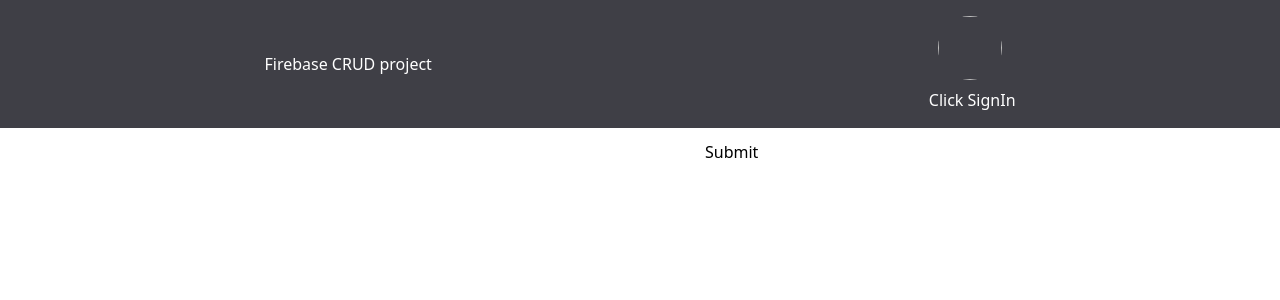
Repository: Semanmernstack/firebase-crud
Page: /
An editor plug-in stored every save of this project. The page is shown before and after the next save, followed by the edit.
The browser window is 1280 px wide. The pictures show the whole page.
The project was rebuilt for these pictures with package versions that can differ from the ones it lists, and the page was loaded fresh each time.

Above is the page before, as saved 2023-03-17 01:57:53.

### src/index.css
body {
  margin: 0;

}

@tailwind base;
@tailwind components;
@tailwind utilities;

### src/App.js



import Body from "./components/Body";
import Header from "./components/Header";





function App() {

  return (
    <div className="">
      <Header/>
      <Body/>
    </div>
  );
}

export default App;

### src/components/Body.js
import React from 'react'
import { useForm } from 'react-hook-form';

function Body() {
    const {
        register,
        handleSubmit,
        formState: { errors },
    } = useForm();
    const onSubmit = data => console.log(data);
  return (
    <div className="p-3 text-black">
        <form onSubmit={handleSubmit(onSubmit)}>
            <input  {...register('firstName')} />
            <input {...register('lastName', { required: true })} />
            {errors.lastName && <p>Last name is required.</p>}
            <input {...register('age', { pattern: /\d+/ })} />
            {errors.age && <p>Please enter number for age.</p>}
            <input type="submit" />
        </form>

    </div>
  )
}

export default Body

### src/components/Header.js


import Login from "./Login"


function Header() {
  const [user, setUser] = ("")


  return (
    <nav className="flex items-center justify-around bg-zinc-700 text-white p-4">
        <div>
            <h1> Firebase CRUD project</h1>
        </div>
        <Login/>

    </nav>


  )
}

export default Header

### src/components/Login.js
import { onAuthStateChanged, signInWithPopup } from 'firebase/auth'
import React, { useEffect, useState } from 'react'
import { auth, provider } from '../firebase.'


function Login() {
    const [user, setUser] = useState("")
    useEffect(() => {

        onAuthStateChanged(auth, (user) => {
            console.log(user)
          if (user) {
            setUser(user)
          }
        })

      }, [])





    const signIn = () => {
       try {
            signInWithPopup(auth, provider)
       }
       catch (error) {
            alert(error.message)
       }
    }
  return (
    <div className="flex flex-col items-center gap-2">
        <div className="flex gap-1 items-center">
            <img className='rounded-full h-16 w-16' src={user.photoURL} alt="" />
            <h1>{user?.displayName}</h1>
        </div>
        <div>
            <button onClick={signIn} >Click SignIn</button>
        </div>



    </div>
  )
}

export default Login

### src/firebase..js
import { initializeApp } from "firebase/app";
import { getAuth, GoogleAuthProvider } from "firebase/auth";
import { getFirestore } from "firebase/firestore";
// TODO: Add SDKs for Firebase products that you want to use
// https://firebase.google.com/docs/web/setup#available-libraries

// Your web app's Firebase configuration
const firebaseConfig = {
  apiKey: "AIzaSyBgS0aivKoq6PRjPIzLlCpHxI0D8M1DMtw",
  authDomain: "school-81c7d.firebaseapp.com",
  projectId: "school-81c7d",
  storageBucket: "school-81c7d.appspot.com",
  messagingSenderId: "524069258489",
  appId: "1:524069258489:web:11c09d32a06e9a8b970e28"
};

// Initialize Firebase
const app = initializeApp(firebaseConfig);
const auth = getAuth(app);
const provider = new GoogleAuthProvider();

export { auth, provider }

Loaded but not shown: public/index.html (common file); src/index.js (common file); src/reportWebVitals.js (common file); tailwind.config.js (common file)

After the next save:
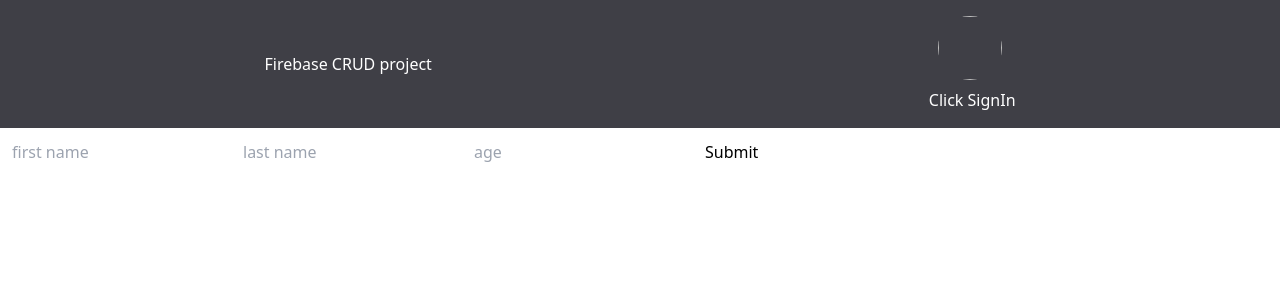
Saved 2 min 3 s later.
--- a/src/components/Body.js
+++ b/src/components/Body.js
@@ -11,10 +11,10 @@ function Body() {
   return (
     <div className="p-3 text-black">
         <form onSubmit={handleSubmit(onSubmit)}>
-            <input  {...register('firstName')} />
-            <input {...register('lastName', { required: true })} />
+            <input placeholder='first name'  {...register('firstName')} />
+            <input placeholder='last name' {...register('lastName', { required: true })} />
             {errors.lastName && <p>Last name is required.</p>}
-            <input {...register('age', { pattern: /\d+/ })} />
+            <input placeholder='age' {...register('age', { pattern: /\d+/ })} />
             {errors.age && <p>Please enter number for age.</p>}
             <input type="submit" />
         </form>
